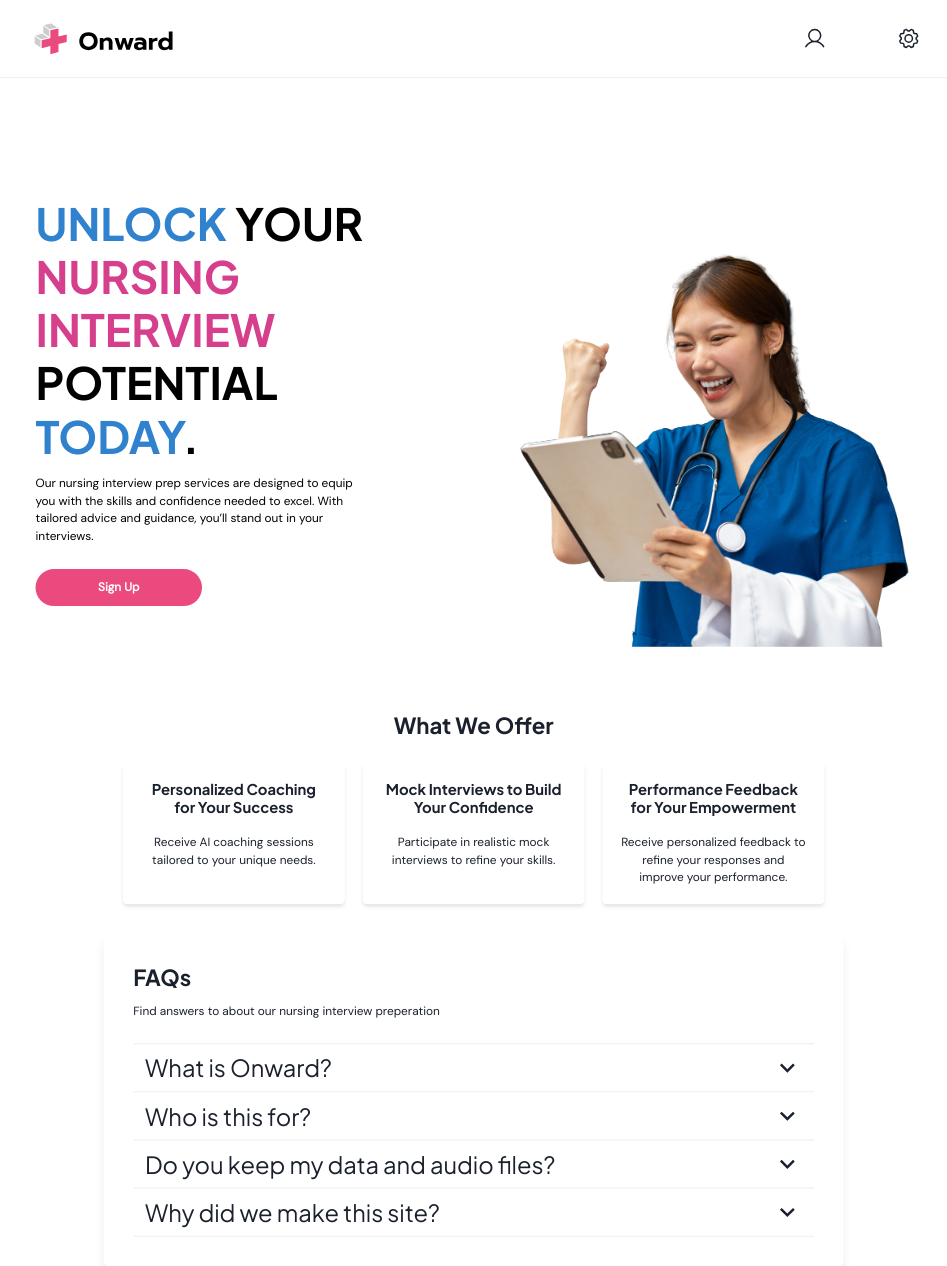
Repository: Aladdin3r/onward
Page: /landing-page
An editor plug-in stored every save of this project. The page is shown before and after the next save, followed by the edit.
The browser window is 1280 px wide. The pictures show the whole page, at 74% of full size.
The project was rebuilt for these pictures with package versions that can differ from the ones it lists, and the page was loaded fresh each time. The framework's server and built-in components were replaced by stand-ins that run in the browser. Also part of the build but not shown: next.config.mjs, styles/components/AppTopNav.js, styles/components/Layout.js.

Above is the page before, as saved 2024-10-29 02:30:40.

After the next save:
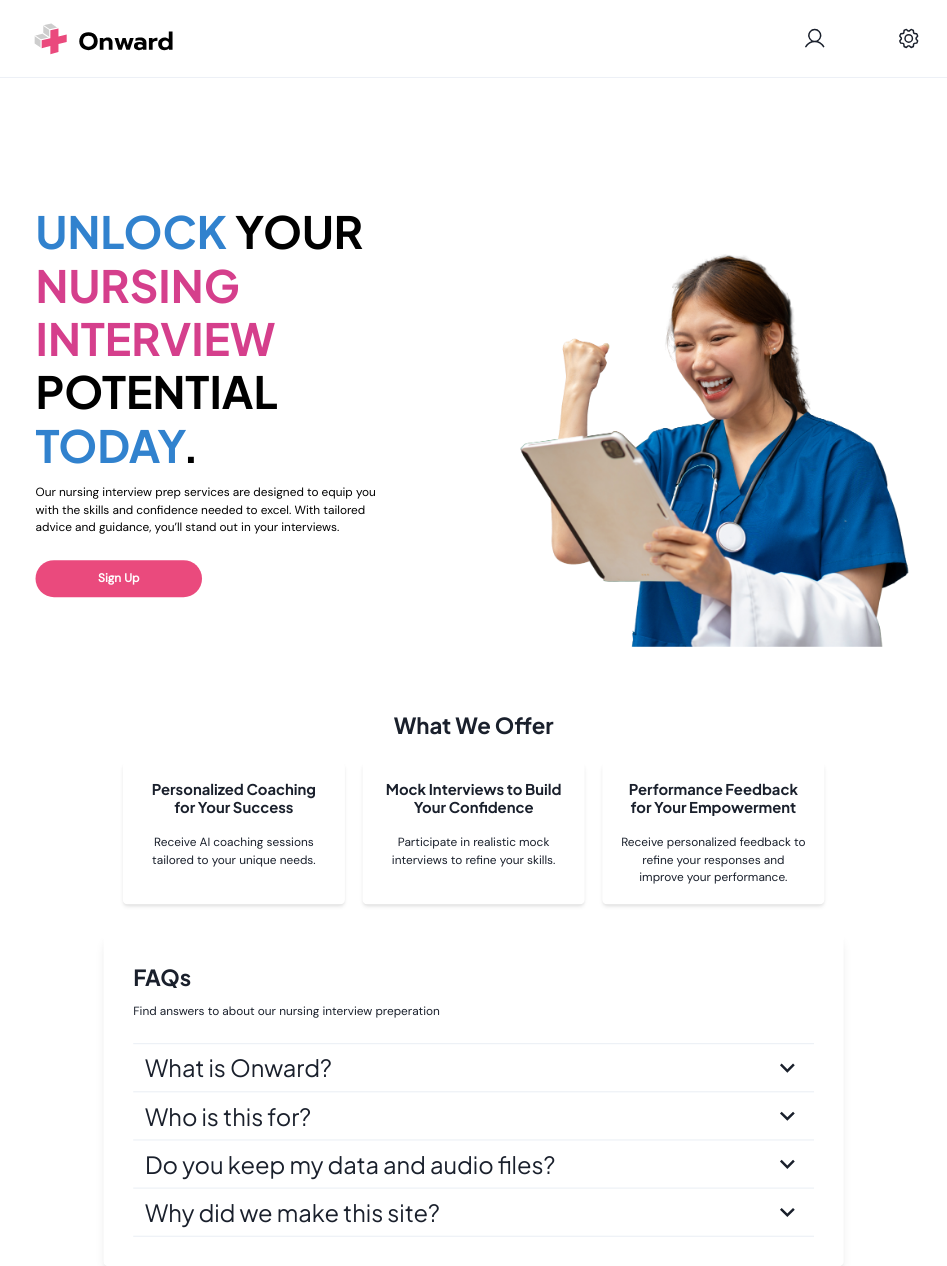
Saved 6 s later.
--- a/pages/landing-page.js
+++ b/pages/landing-page.js
@@ -59,7 +59,7 @@ export default function Home() {
                             <Text as="span" color="blue.500">TODAY</Text>
                             <Text as="span" color="black">. </Text>
                         </Heading>
-                        <Text fontFamily="body" fontSize="x" color="black" mb={6} width="70%">
+                        <Text fontFamily="body" fontSize="x" color="black" mb={6} width="78%">
                             Our nursing interview prep services are designed to equip you with the skills and confidence needed to excel. With tailored advice and guidance, you’ll stand out in your interviews.
                         </Text>
                         <Button
